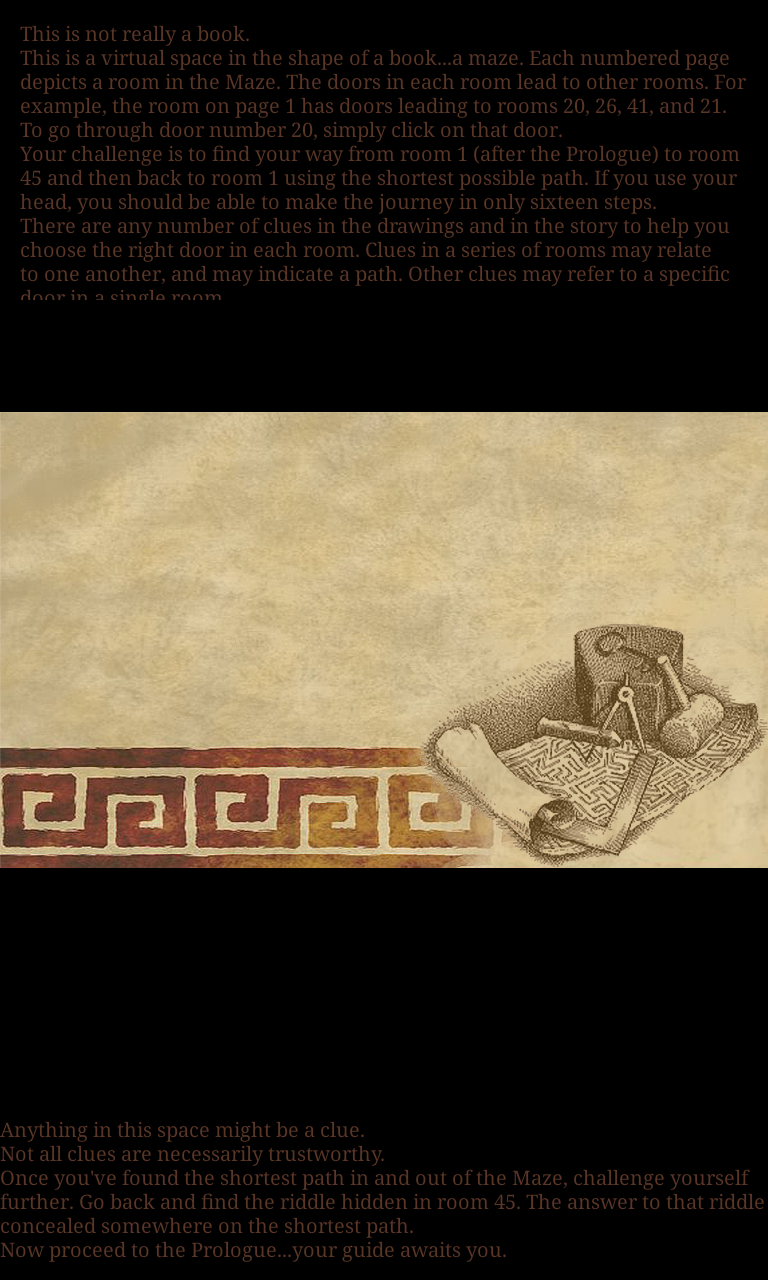
Repository: RandyLedbetter/maze
Layout: MazeTest/res/layout/activity_directions.xml
An editor plug-in stored every save of this project. The layout is shown before and after the next save, followed by the edit.
It is drawn on a 768 x 1280 px phone screen (xhdpi) without system bars, with theme android:Theme.NoTitleBar.Fullscreen; the app's code is not run.

Above is the layout before, as saved 2014-04-25 01:19:13.

After the next save:
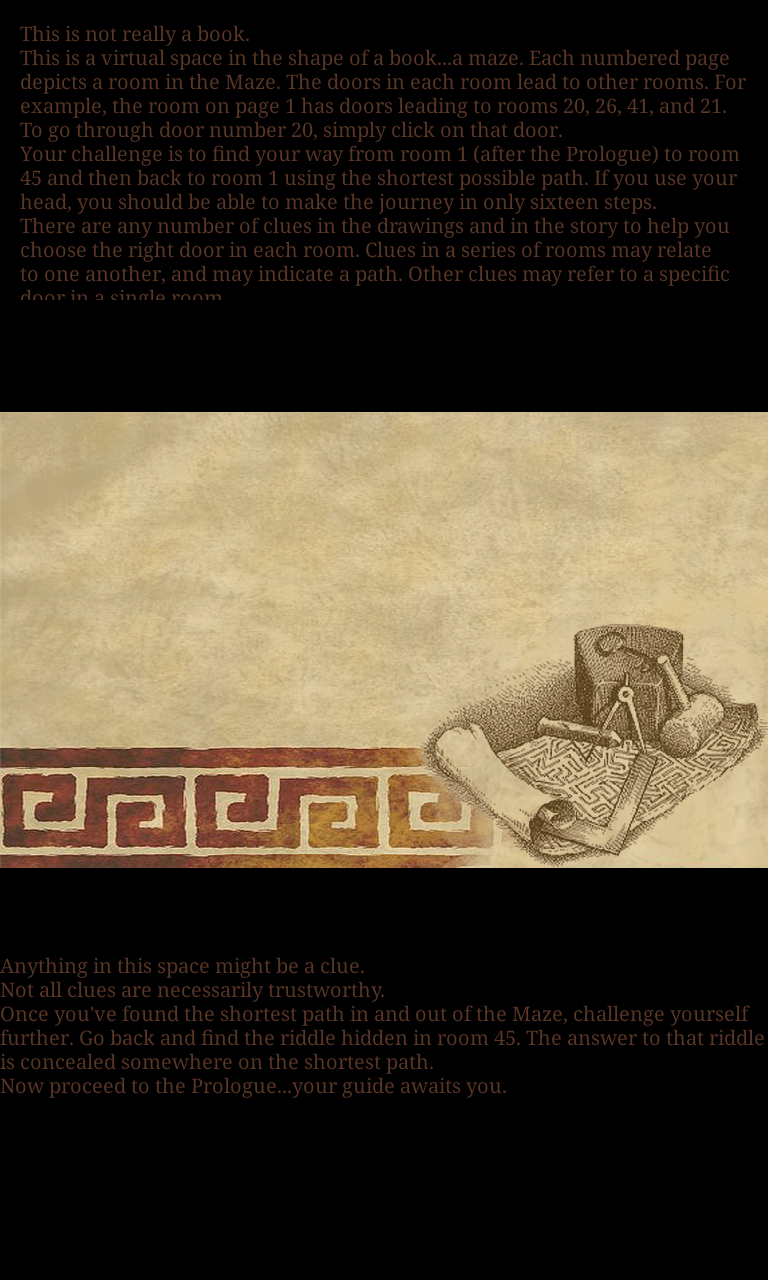
Saved 87 s later.
--- a/MazeTest/res/layout/activity_directions.xml
+++ b/MazeTest/res/layout/activity_directions.xml
@@ -25,13 +25,13 @@
 
  	<TextView
  	    android:id="@+id/textView1"
- 	    android:layout_width="394dp"
+ 	    android:layout_width="match_parent"
  	    android:layout_height="82dp"
  	    android:layout_gravity="bottom"
- 	    android:text="@string/directions1"
+ 	    android:layout_marginBottom="82dp"
+ 	    android:text="@string/directions2"
  	    android:textColor="#5A3627"
  	    android:textSize="@dimen/directions_text_size"
- 	    android:typeface="serif"
- 	    android:text="@string/directions2" />
+ 	    android:typeface="serif" />
 
 </FrameLayout>
